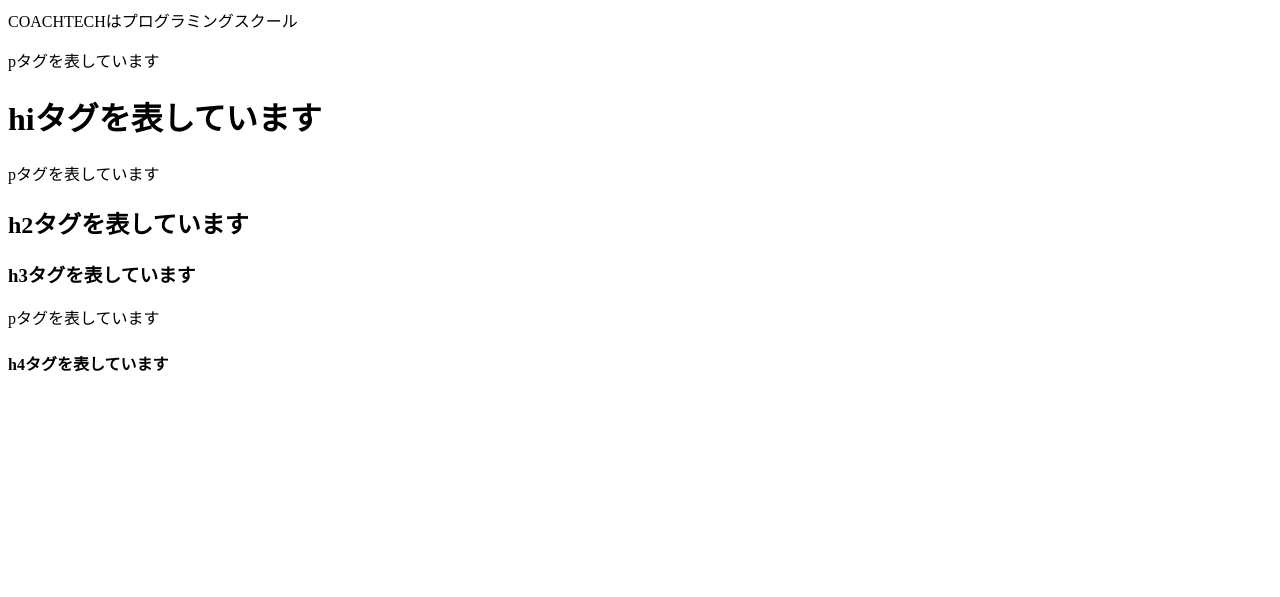
Repository: 9136424556/todo01
Page: coachtech/html-css/index.html
These files come from the project's save history. The page is drawn as it stood at one moment and after the next save; the edit follows.
The browser window is 1280 px wide. The pictures show the whole page.

Above is the page before, as saved 2023-11-19 12:11:49.

After the next save:
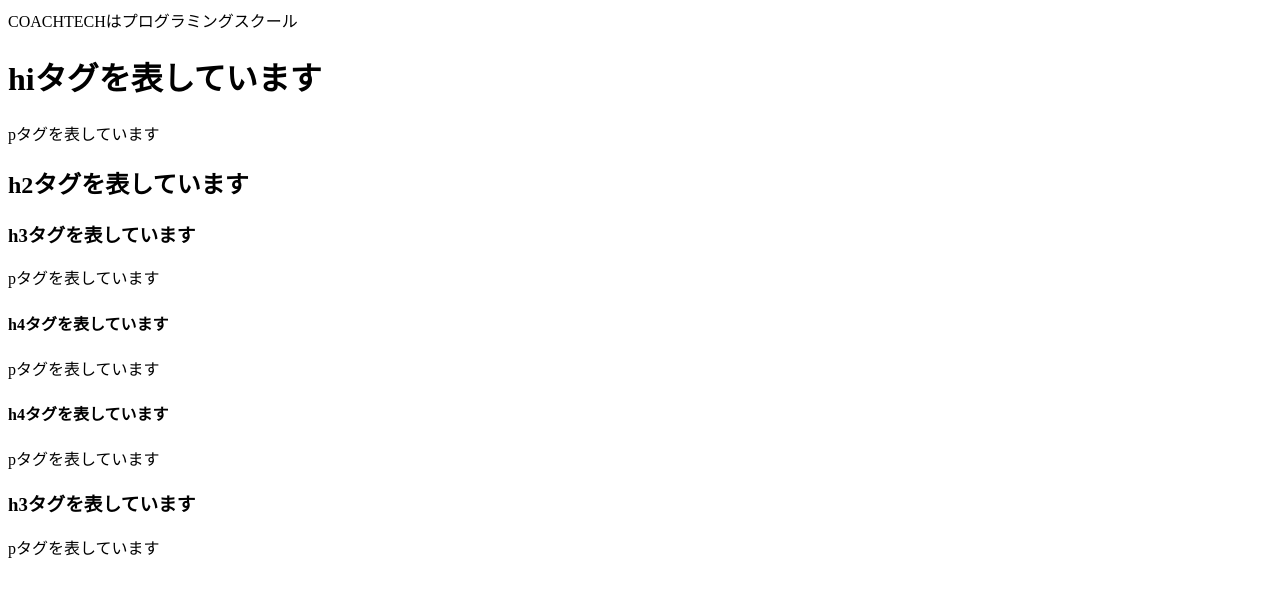
Saved 4 min 57 s later.
--- a/coachtech/html-css/index.html
+++ b/coachtech/html-css/index.html
@@ -8,8 +8,9 @@
    <body>
       <div>
         <p>COACHTECHはプログラミングスクール</p>
-        <p>pタグを表しています</p>
+      </div>
 
+      <div>
         <h1>hiタグを表しています</h1>
         <p>pタグを表しています</p>
 
@@ -19,6 +20,13 @@
         <p>pタグを表しています</p>
 
         <h4>h4タグを表しています</h4>
+        <p>pタグを表しています</p>
+        <h4>h4タグを表しています</h4>
+        <p>pタグを表しています</p>
+
+        <h3>h3タグを表しています</h3>
+        <p>pタグを表しています</p>
+
       </div>
    </body>
 </html>
